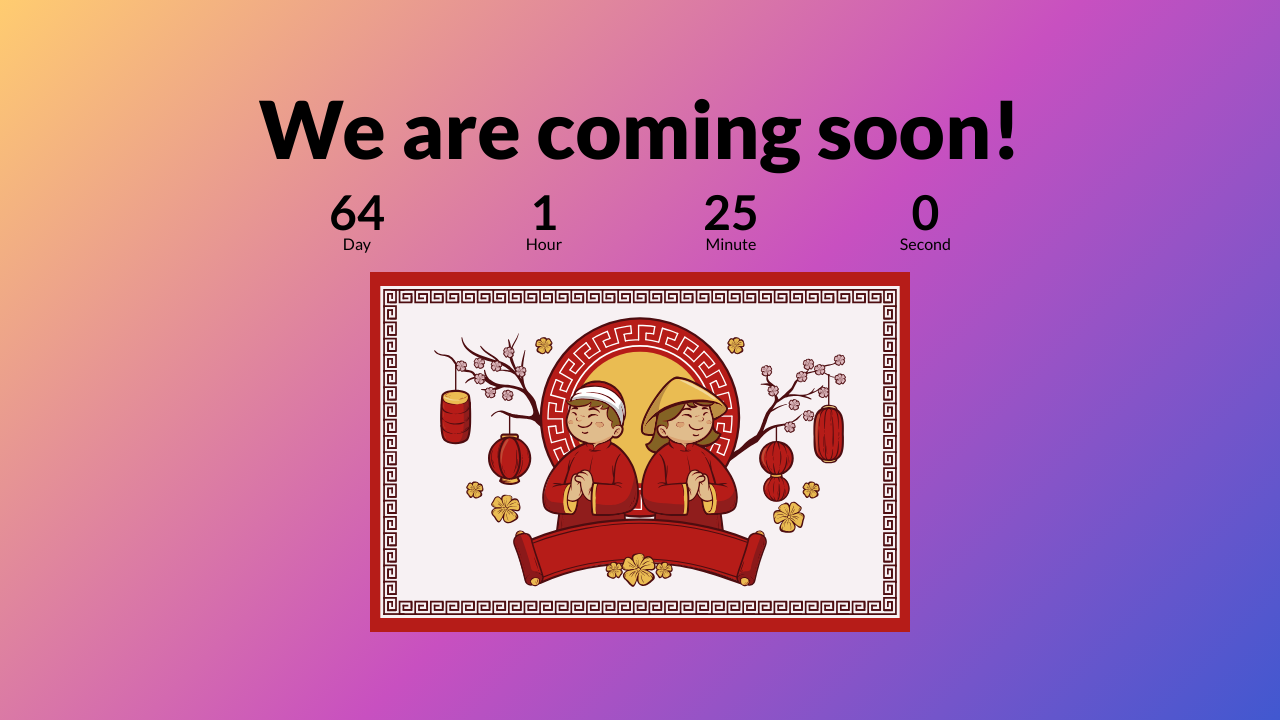
Repository: VuKh4nh/50Days_Por
Page: Day3 - Count_Down/indexl.html
An editor plug-in stored every save of this project. The page is shown before and after the next save, followed by the edit.
The browser window is 1280 px wide. The pictures show the whole page.

Above is the page before, as saved 2023-12-09 01:10:12.

After the next save:
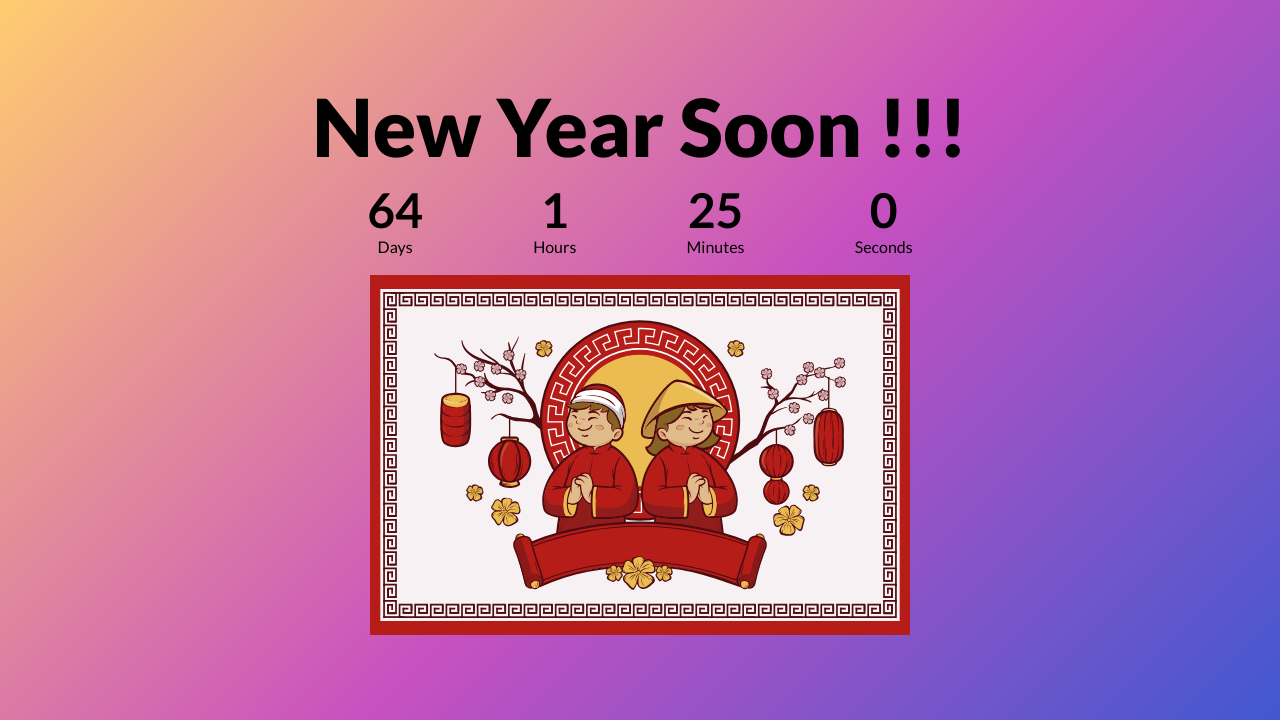
Saved 5 s later.
--- a/Day3 - Count_Down/indexl.html
+++ b/Day3 - Count_Down/indexl.html
@@ -20,23 +20,23 @@
     <body>
         <section class="coming-soon">
             <div>
-                <h2>We are coming soon!</h2>
+                <h2>New Year Soon !!!</h2>
                 <div class="countdown">
                     <div class="container-day">
                         <h3 class="day">Time</h3>
-                        <h3>Day</h3>
+                        <h3 class="text">Days</h3>
                     </div>
                     <div class="container-hour">
                         <h3 class="hour">Time</h3>
-                        <h3>Hour</h3>
+                        <h3 class="text">Hours</h3>
                     </div>
                     <div class="container-minute">
                         <h3 class="minute">Time</h3>
-                        <h3>Minute</h3>
+                        <h3 class="text">Minutes</h3>
                     </div>
                     <div class="container-second">
                         <h3 class="second">Time</h3>
-                        <h3>Second</h3>
+                        <h3 class="text">Seconds</h3>
                     </div>
                 </div>
             </div>
